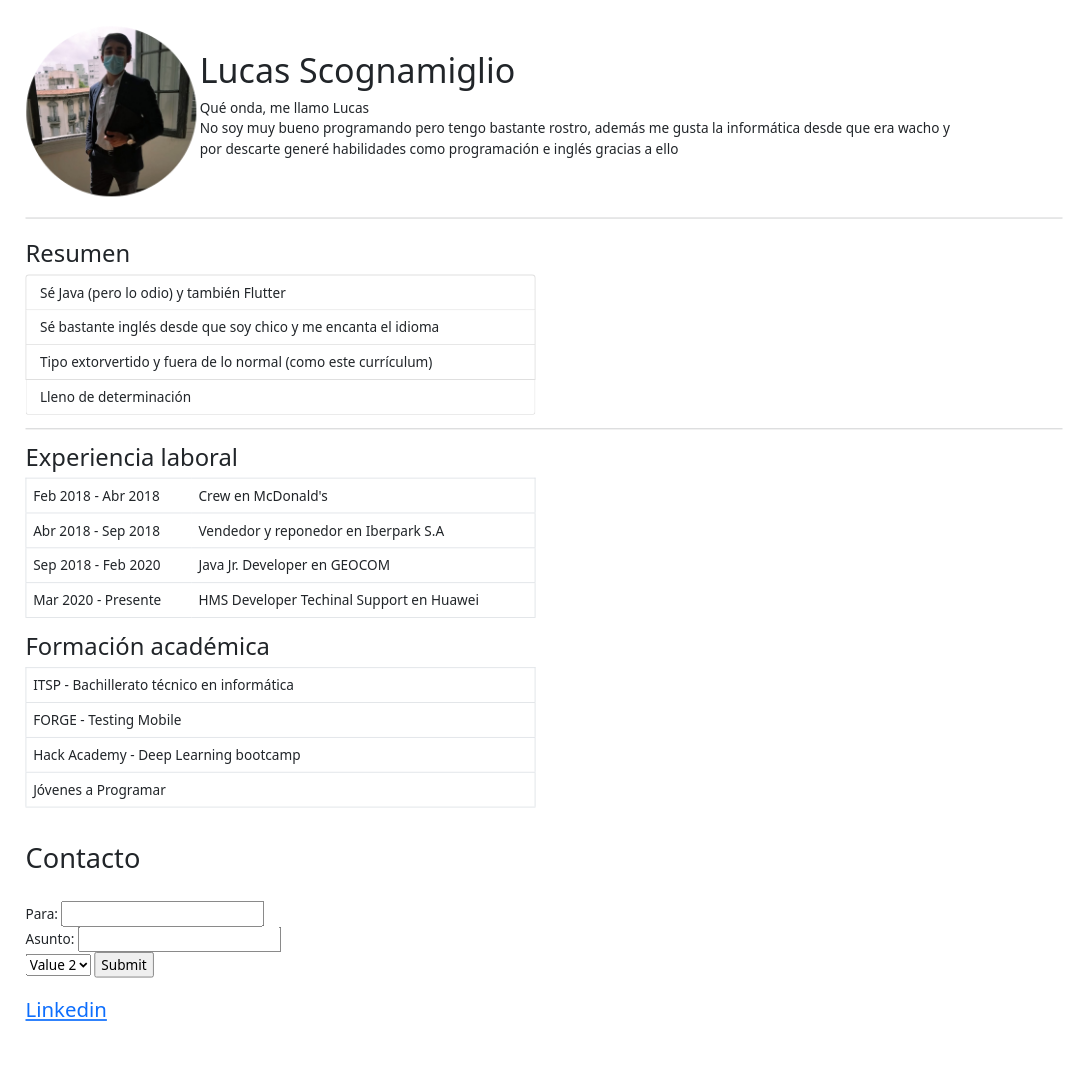
Repository: ScoggoDev/DesarrolloWeb
Page: tarea en equipo 1/cv.html
An editor plug-in stored every save of this project. The page is shown before and after the next save, followed by the edit.
The browser window is 1280 px wide. The pictures show the whole page, at 85% of full size.

Above is the page before, as saved 2021-07-12 09:58:00.

### tarea en equipo 1/cv.html
<!DOCTYPE html>
<html>
  <head>
    <meta charset="utf-8">
    <title>CV de Lucas</title>
    <link href="https://cdn.jsdelivr.net/npm/bootstrap@5.0.2/dist/css/bootstrap.min.css" rel="stylesheet" integrity="sha384-EVSTQN3/azprG1Anm3QDgpJLIm9Nao0Yz1ztcQTwFspd3yD65VohhpuuCOmLASjC" crossorigin="anonymous">
    <script src="https://cdn.jsdelivr.net/npm/bootstrap@5.0.2/dist/js/bootstrap.bundle.min.js" integrity="sha384-MrcW6ZMFYlzcLA8Nl+NtUVF0sA7MsXsP1UyJoMp4YLEuNSfAP+JcXn/tWtIaxVXM" crossorigin="anonymous"></script>
  </head>
  <body style="margin: 30px;">
    <table >
      <td><img src="circle-cropped.png" alt="Lucas Scognamiglio" width="200" height="200"></td>
      <td>           </td>
      <td>    <h1>Lucas Scognamiglio</h1>
          <p>Qué onda, me llamo Lucas<br> No soy muy bueno programando pero tengo bastante rostro, además me gusta la informática desde que era wacho y <br>por descarte generé habilidades como programación e inglés gracias a ello <br> </p></td>
    </table>

    <hr class="my-4">
    <h3>Resumen</h3>
    <div style="width: 600px; ">
        <ul class="list-group">
            <li class="list-group-item">Sé Java (pero lo odio) y también Flutter</li>
            <li class="list-group-item">Sé bastante inglés desde que soy chico y me encanta el idioma</li>
            <li class="list-group-item">Tipo extorvertido y fuera de lo normal (como este currículum)</li>
            <li class="list-group-item">Lleno de determinación</li>
          </ul>
    </div>

    <hr>
    <h3>Experiencia laboral</h3>
    <table border="1" class="table" style="width: 600px;">
      <tr>
        <td>Feb 2018 - Abr 2018</td>
        <td>Crew en McDonald's</td>
      </tr>
      <tr>
        <td>Abr 2018 - Sep 2018</td>
        <td>Vendedor y reponedor en Iberpark S.A</td>
      </tr>
      <tr>
        <td>Sep 2018 - Feb 2020</td>
        <td>Java Jr. Developer en GEOCOM</td>
      </tr>
      <tr>
        <td>Mar 2020 - Presente</td>
        <td>HMS Developer Techinal Support en Huawei</td>
      </tr>
    </table>

    <h3>Formación académica</h3>
    <table border="1" class="table" style="width: 600px;">
      <tr>
        <td>ITSP - Bachillerato técnico en informática</td>
      </tr>
      <tr>
        <td>FORGE - Testing Mobile</td>
      </tr>
      <tr>
        <td>Hack Academy - Deep Learning bootcamp</td>
      </tr>
      <tr>
        <td>Jóvenes a Programar</td>
      </tr>
    </table>
    <br>
    <h2>Contacto</h2>
    <br>
    <form action="/action_page.php">
      <label for="fname">Para:</label>
      <input type="text" id="fname" name="fname"><br>
      <label for="lname">Asunto:</label>
      <input type="text" id="lname" name="lname"><br>
      <select name="select">
        <option value="value1">Value 1</option>
        <option value="value2" selected>Value 2</option>
        <option value="value3">Value 3</option>
      </select>
      <input type="submit" value="Submit">
    </form>
    <br>
    <h4><a href="linkedin.com/in/lucas-scognamiglio-71b154162/">Linkedin</a></h4>
    <br>
  </body>
</html>

After the next save:
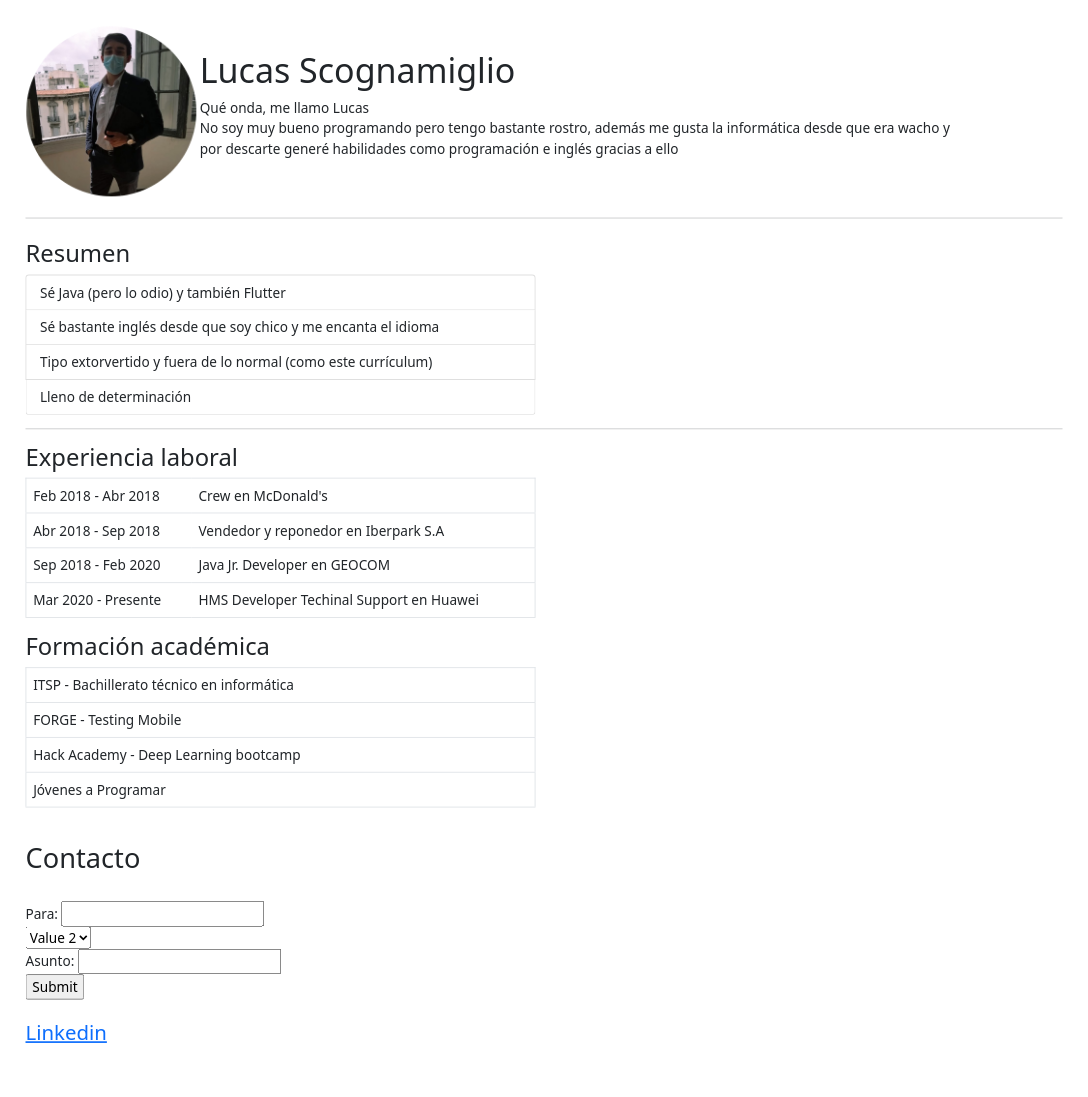
Saved 22 s later.
--- a/tarea en equipo 1/cv.html
+++ b/tarea en equipo 1/cv.html
@@ -67,13 +67,13 @@
     <form action="/action_page.php">
       <label for="fname">Para:</label>
       <input type="text" id="fname" name="fname"><br>
-      <label for="lname">Asunto:</label>
-      <input type="text" id="lname" name="lname"><br>
       <select name="select">
         <option value="value1">Value 1</option>
         <option value="value2" selected>Value 2</option>
         <option value="value3">Value 3</option>
-      </select>
+      </select> <br>
+      <label for="lname">Asunto:</label>
+      <input type="text" id="lname" name="lname"><br>
       <input type="submit" value="Submit">
     </form>
     <br>
